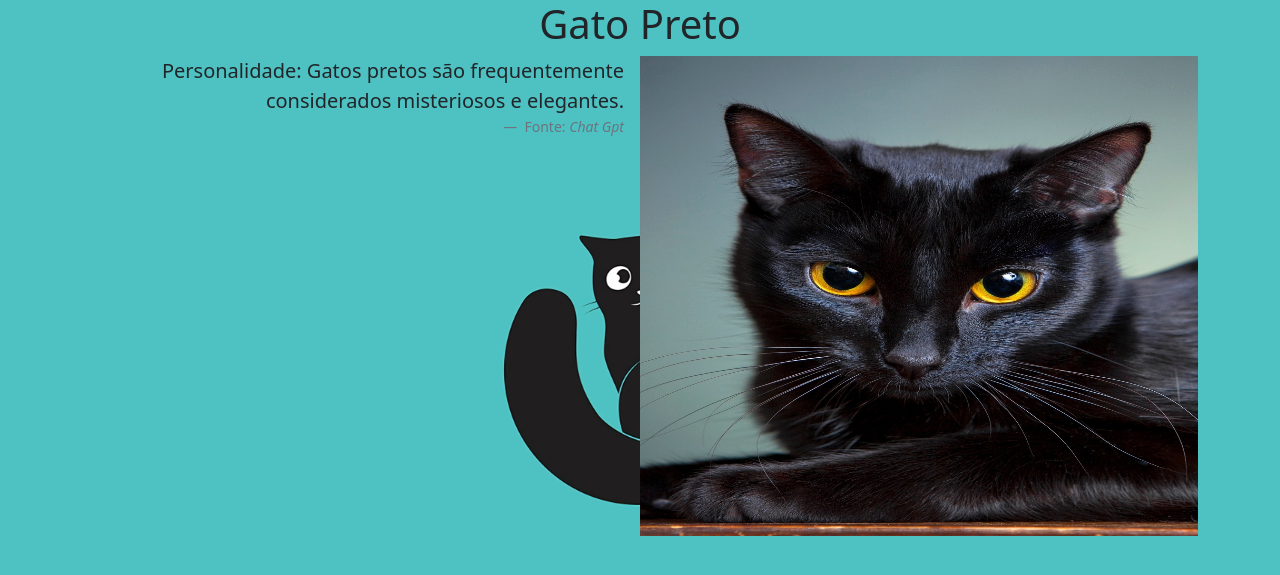
Repository: SktYzu/gatitu
Page: index.html
An editor plug-in stored every save of this project. The page is shown before and after the next save, followed by the edit.
The browser window is 1280 px wide. The pictures show the whole page.

Above is the page before, as saved 2023-11-27 15:17:48.

After the next save:
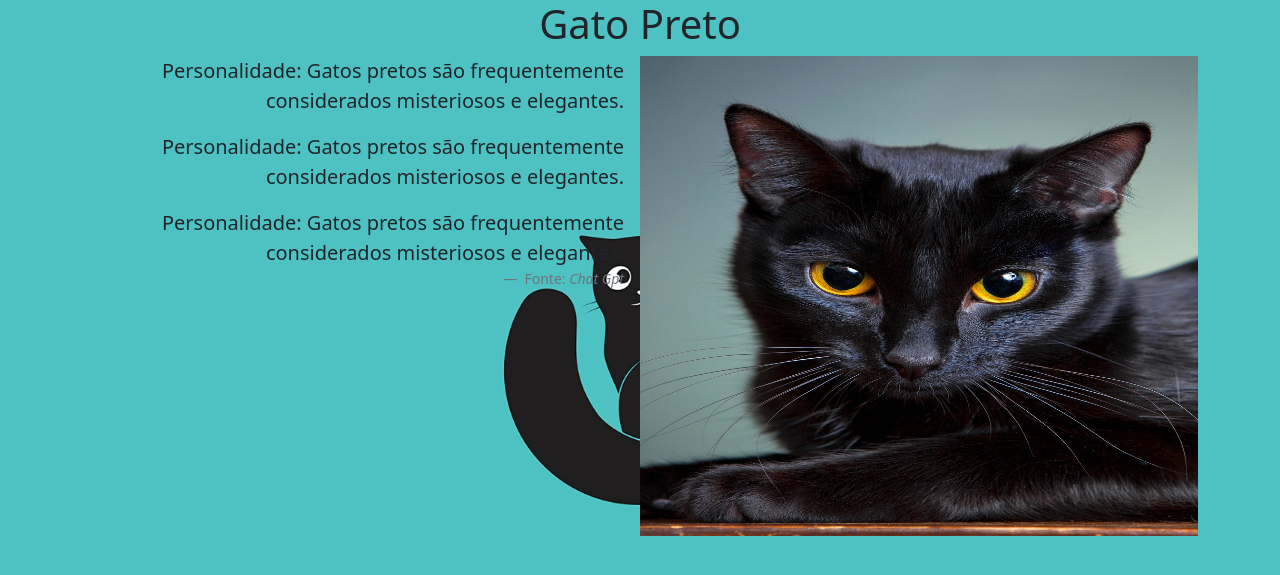
Saved 29 s later.
--- a/index.html
+++ b/index.html
@@ -29,6 +29,12 @@
                 <blockquote class="blockquote">
                     <p>Personalidade: Gatos pretos são frequentemente considerados misteriosos e elegantes.</p>
                 </blockquote>
+                <blockquote class="blockquote">
+                    <p>Personalidade: Gatos pretos são frequentemente considerados misteriosos e elegantes.</p>
+                </blockquote>
+                <blockquote class="blockquote">
+                    <p>Personalidade: Gatos pretos são frequentemente considerados misteriosos e elegantes.</p>
+                </blockquote>
                 <figcaption class="blockquote-footer">
                     Fonte: <cite title="Chat Gpt">Chat Gpt</cite>
                 </figcaption>
